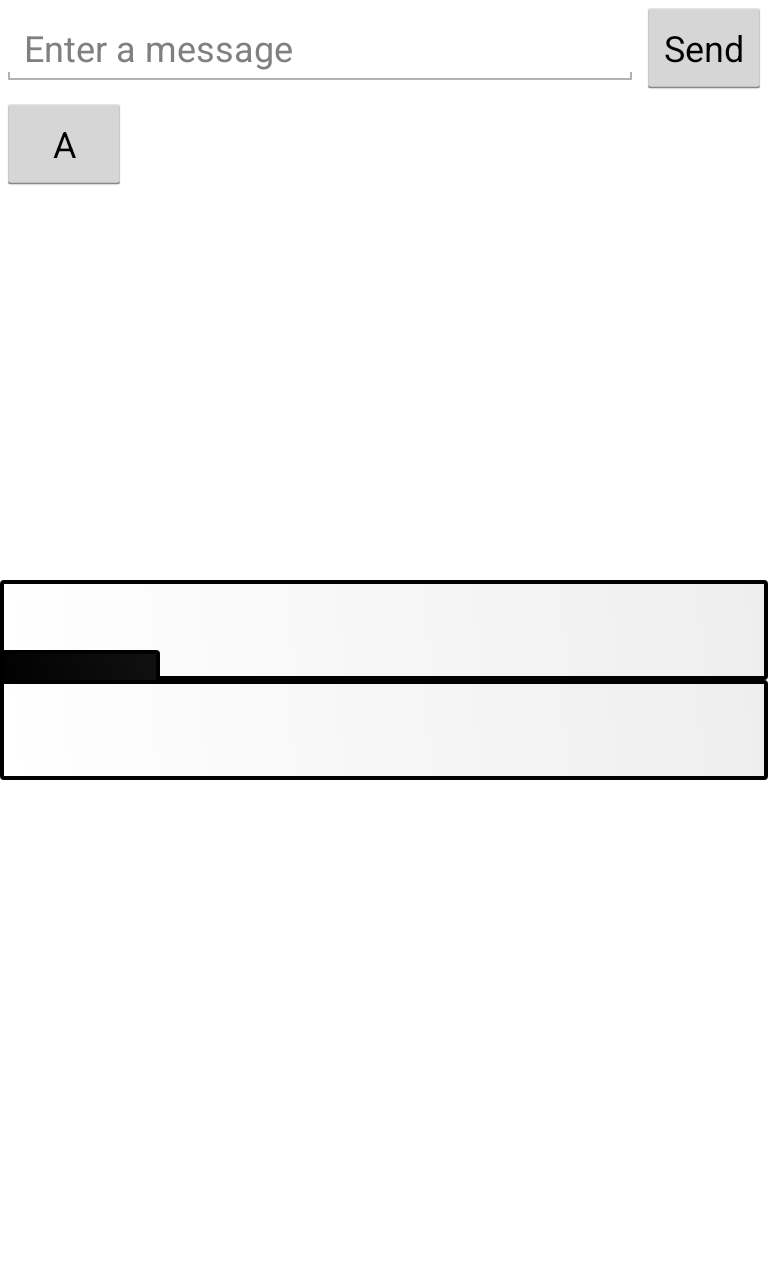
Repository: Jwonsever/AndroidPiano
Layout: HelloWorld/res/layout/activity_main.xml
These files come from the project's save history. The layout is drawn as it stood at one moment and after the next save; the edit follows.
It is drawn on a 768 x 1280 px phone screen (xhdpi) without system bars, with theme AppTheme; the app's code is not run.

Above is the layout before, as saved 2013-11-08 04:06:49.

After the next save:
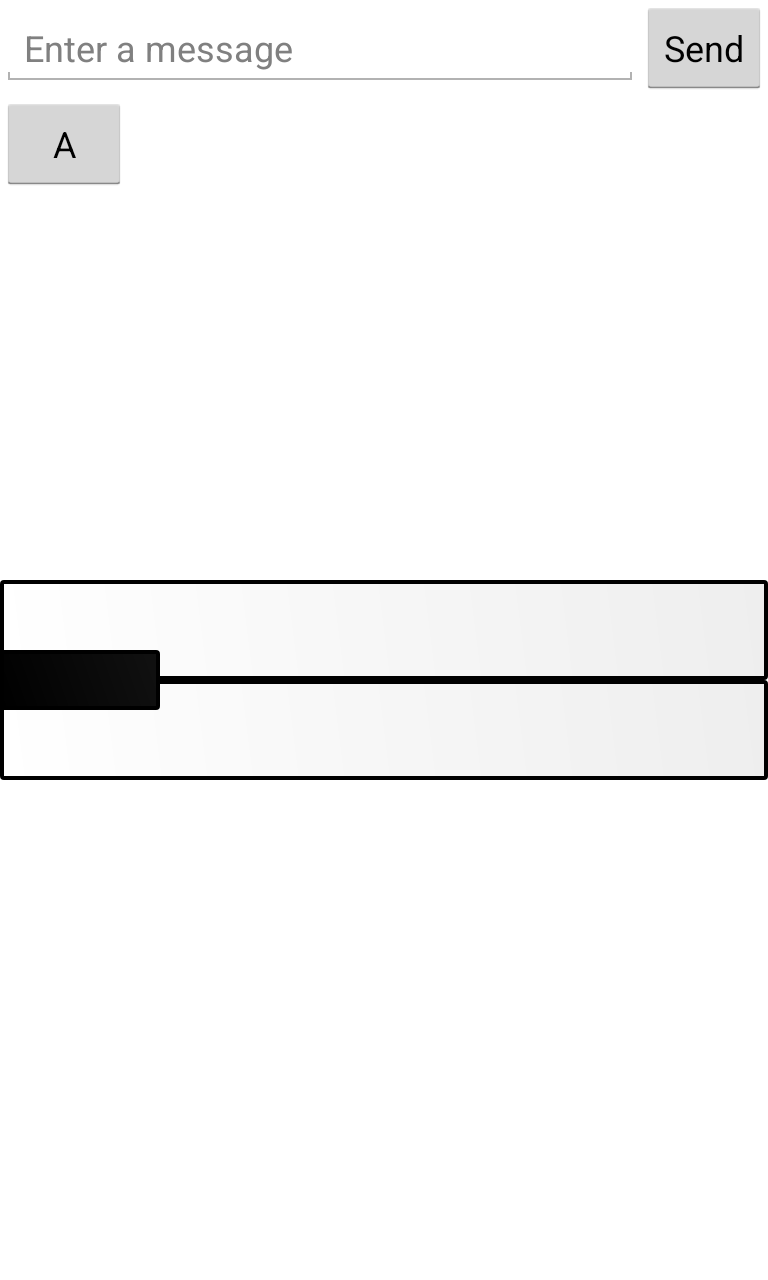
Saved 62 s later.
--- a/HelloWorld/res/layout/activity_main.xml
+++ b/HelloWorld/res/layout/activity_main.xml
@@ -51,18 +51,7 @@
    		     android:layout_alignParentRight="true"
    		     android:background="@drawable/piano_key"
    		     android:orientation="horizontal" >
-
     	</LinearLayout>
-		<LinearLayout
-		    android:id="@+id/piano_key_cs"
-		    android:layout_height="30dp"
-		    android:layout_width="80dp"
-		    android:layout_alignParentLeft="true"
-		    android:layout_marginTop="35dp"
-		    android:background="@drawable/black_key"
-		    android:orientation="horizontal" >
-
-		</LinearLayout>
 		<LinearLayout
 		    android:id="@+id/piano_key_c"
 		    android:layout_width="match_parent"
@@ -72,7 +61,15 @@
 		    android:layout_marginTop="50dp"
 		    android:background="@drawable/piano_key"
 		    android:orientation="horizontal" >
-
+		</LinearLayout>
+		<LinearLayout
+		    android:id="@+id/piano_key_cs"
+		    android:layout_height="30dp"
+		    android:layout_width="80dp"
+		    android:layout_alignParentLeft="true"
+		    android:layout_marginTop="35dp"
+		    android:background="@drawable/black_key"
+		    android:orientation="horizontal" >
 		</LinearLayout>
 
     </RelativeLayout>
